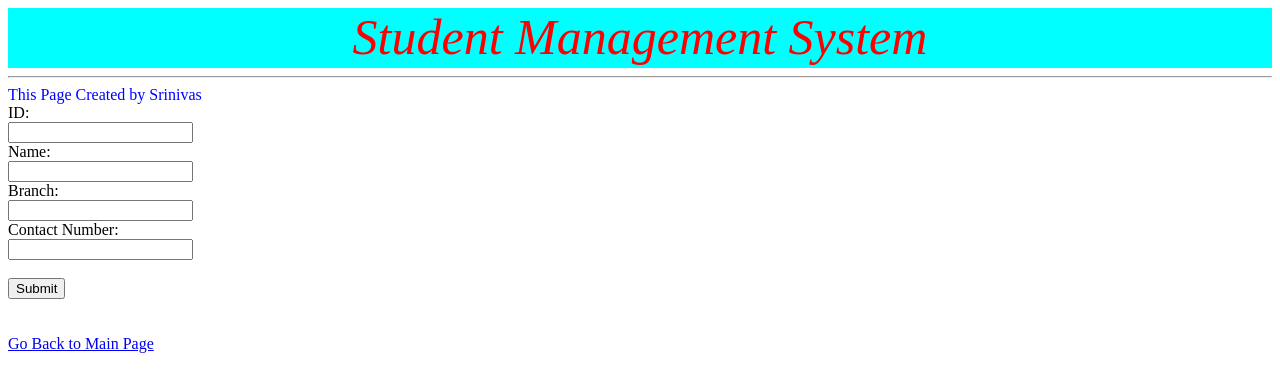
Repository: Aviligonda/Servlet_Programs
Page: http://localhost/StudentManagementSystem/register.jsp
The author's editor kept a copy of each file at every save. The page is drawn from the files as they stood at one save, then again after the next save.
The browser window is 1280 px wide. The pictures show the whole page.
The page is served by Tomcat 9.

Above is the page before, as saved 2024-11-25 13:22:59.

### StudentManagementSystem/src/main/webapp/register.jsp
<%@ page language="java" contentType="text/html; charset=UTF-8"
	pageEncoding="UTF-8"%>
<%@ include file="header.jsp"%>
<%@ include file="footer.jsp"%>

<!DOCTYPE html>
<html>
<head>
<meta charset="UTF-8">
<title>Registration form</title>
</head>
<body>

	<form action="addStudent.jsp">
		ID: <br>
		<input type="text" name="id"> <br>
		Name: <br>
		<input type="text" name="name"> <br>
		Branch: <br>
		<input	type="text" name="branch"> <br>
	    Contact Number: <br>
		<input type="text" name="contact"> <br><br>
		<input	type="submit" value="Submit">
	</form>
	<br><br>
	<a href = "index.jsp">Go Back to Main Page</a>

</body>
</html>

### StudentManagementSystem/src/main/webapp/header.jsp
<%@ page language="java" contentType="text/html; charset=UTF-8"
    pageEncoding="UTF-8"%>
<!DOCTYPE html>
<html>
<head>
<meta charset="UTF-8">
<title>Insert title here</title>
</head>
<body>
<div style="height :60px;background-color:aqua">

<header style="color:red;text-align:center; font-style: italic; font-size: 50px;"> Student Management System</header>
</div>
<hr>


</body>
</html>

### StudentManagementSystem/src/main/webapp/footer.jsp
<%@ page language="java" contentType="text/html; charset=UTF-8"
    pageEncoding="UTF-8"%>
<!DOCTYPE html>
<html>
<head>
<meta charset="UTF-8">
<title>Insert title here</title>
</head>
<body>
<div style="color:blue;text-align">
<!-- <footer style="color:blue; text-align:center;display : block; position: absolute;bottom: 0;right:0;font-size=50px;">This Page Created by Srinivas</footer> -->
This Page Created by Srinivas
</div>
</body>
</html>

After the next save:
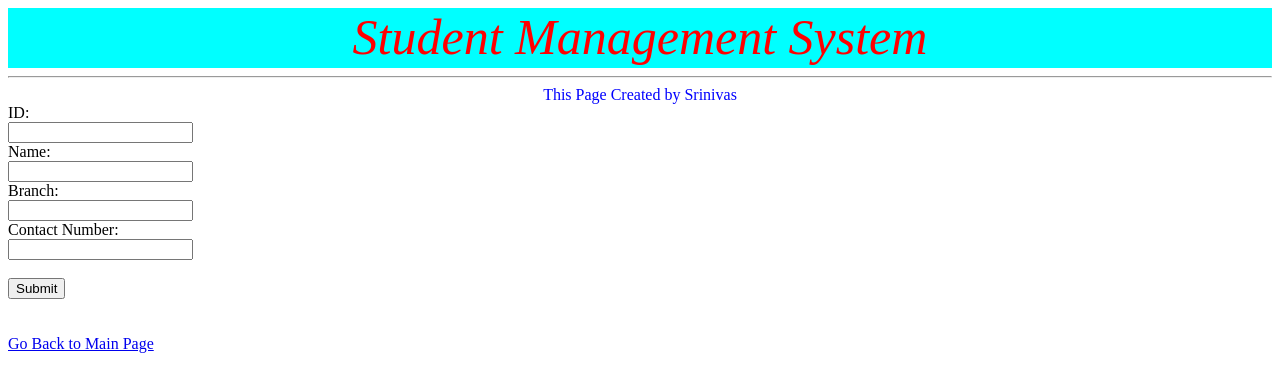
Saved 4 s later.
--- a/StudentManagementSystem/src/main/webapp/footer.jsp
+++ b/StudentManagementSystem/src/main/webapp/footer.jsp
@@ -7,7 +7,7 @@
 <title>Insert title here</title>
 </head>
 <body>
-<div style="color:blue;text-align">
+<div style="color:blue;text-align:center;">
 <!-- <footer style="color:blue; text-align:center;display : block; position: absolute;bottom: 0;right:0;font-size=50px;">This Page Created by Srinivas</footer> -->
 This Page Created by Srinivas
 </div>
